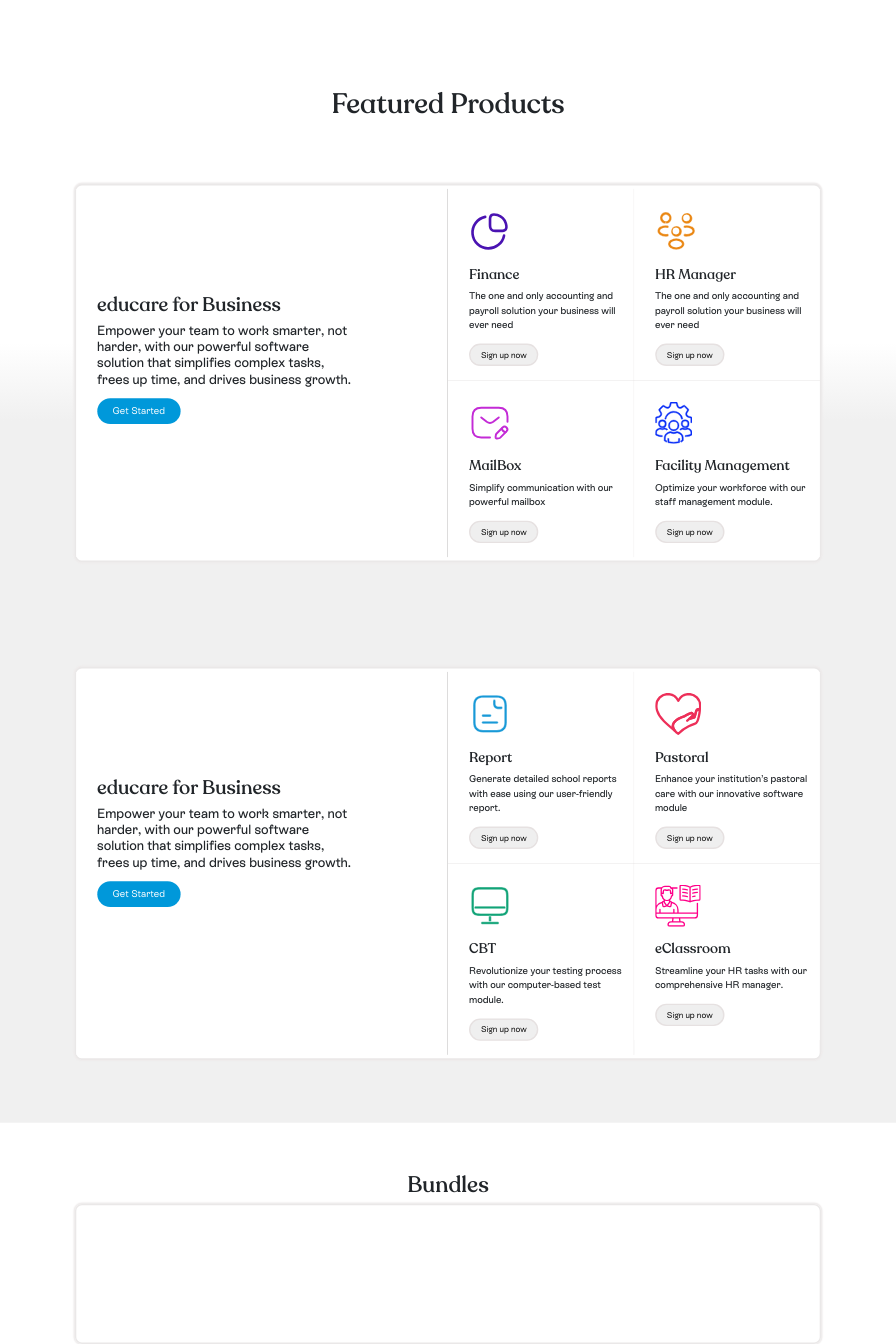
Repository: sarahnnanyelugo/educare-web
Page: /
The author's editor kept a copy of each file at every save. The page is drawn from the files as they stood at one save, then again after the next save.
The browser window is 1280 px wide. The pictures show the part of the page from y = 937 to 2857 px (the page is 2857 px tall before and 2787 px after), at 70% of full size.
The project was rebuilt for these pictures with package versions that can differ from the ones it lists, and the page was loaded fresh each time.

Above is the page before, as saved 2023-04-05 09:49:04.

After the next save:
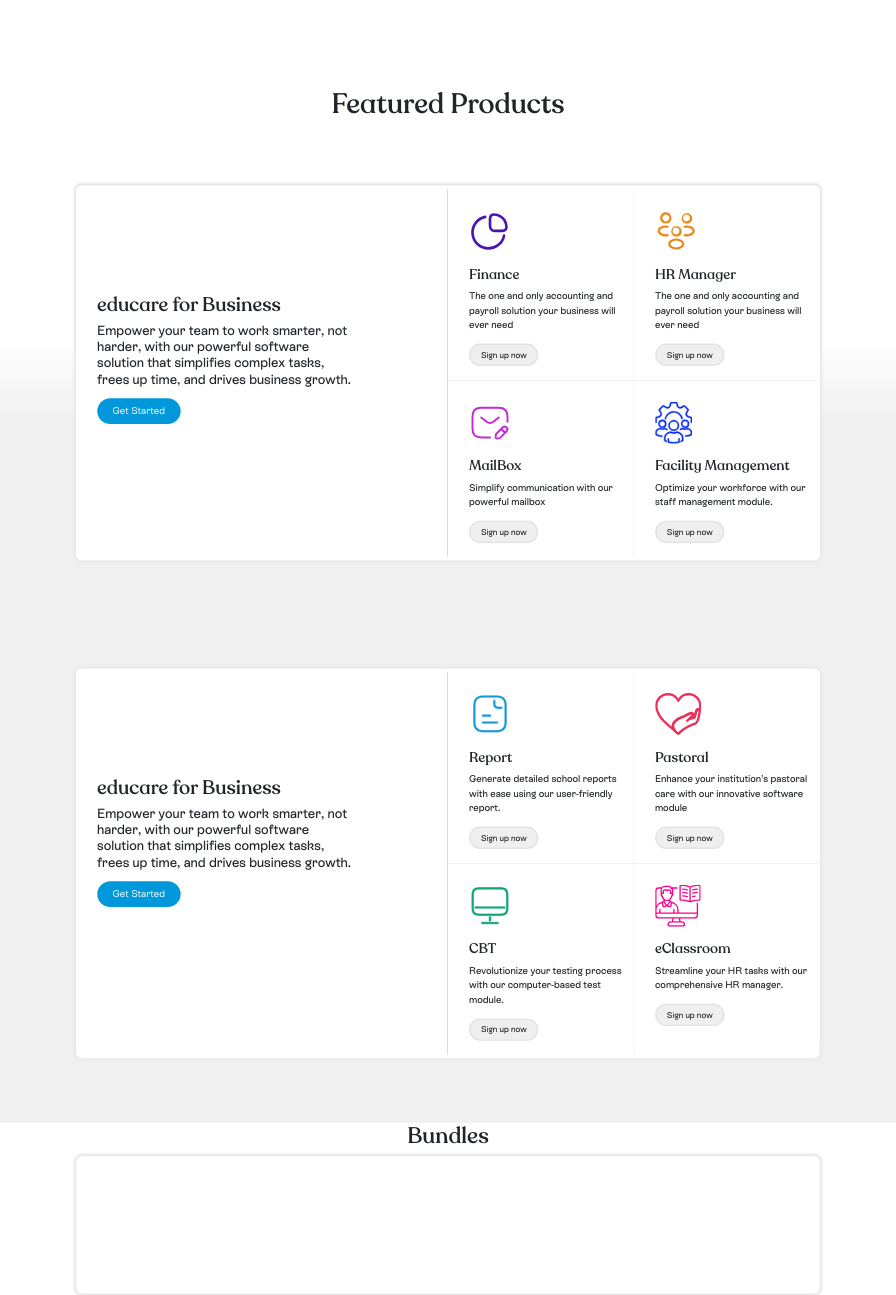
Saved 14 s later.
--- a/src/pages/Home/Home.tsx
+++ b/src/pages/Home/Home.tsx
@@ -171,7 +171,7 @@ export const Home = () => {
           </div>
         </div>
       </div>
-      <center className="mt7">
+      <center className="mt">
         <h2>Bundles</h2>
       </center>
       <div className="col-md-12 bundles-container flexy">
